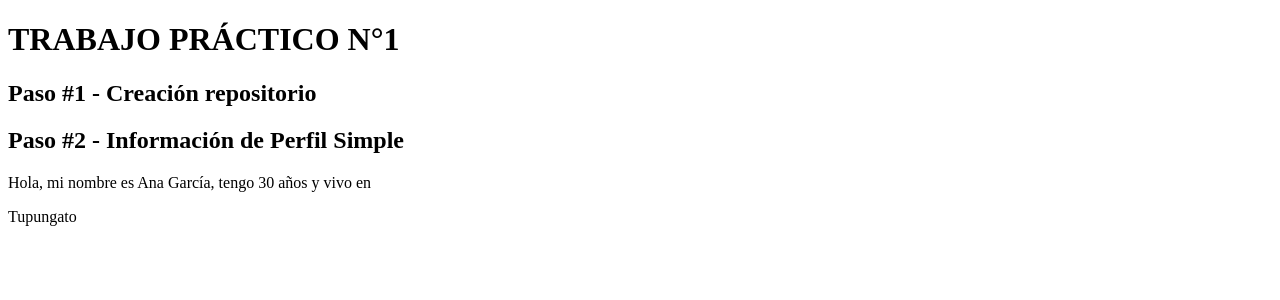
Repository: SofiaSferco/PWA
Page: practico01/index.html
These files come from the project's save history. The page is drawn as it stood at one moment and after the next save; the edit follows.
The browser window is 1280 px wide. The pictures show the whole page.

Above is the page before, as saved 2025-10-02 21:58:25.

### practico01/index.html
<!DOCTYPE html>
<html lang="en">
<head>
    <meta charset="UTF-8">
    <title>Trabajo Práctico 1</title>
    <script src="https://unpkg.com/vue@3/dist/vue.global.js"></script>
</head>
<body>
    <div id="app">
        <h1>TRABAJO PRÁCTICO N°1</h1>
        <h2>Paso #1 - Creación repositorio</h2>
        <h2>{{ segundopaso }}</h2>
        <p>Hola, mi nombre es {{ nombre }}, tengo {{ edad }} años y vivo en </p>
        <p>{{ ciudad }}</p>
    </div>
    <script>
        const { createApp } = Vue;
        createApp({
            data() {
                return {
                    segundopaso: 'Paso #2 - Información de Perfil Simple',
                    nombre: 'Ana García',
                    edad: 30,
                    ciudad: 'Tupungato'
                }
            }
        }).mount('#app');
    </script>
</body>
</html>

After the next save:
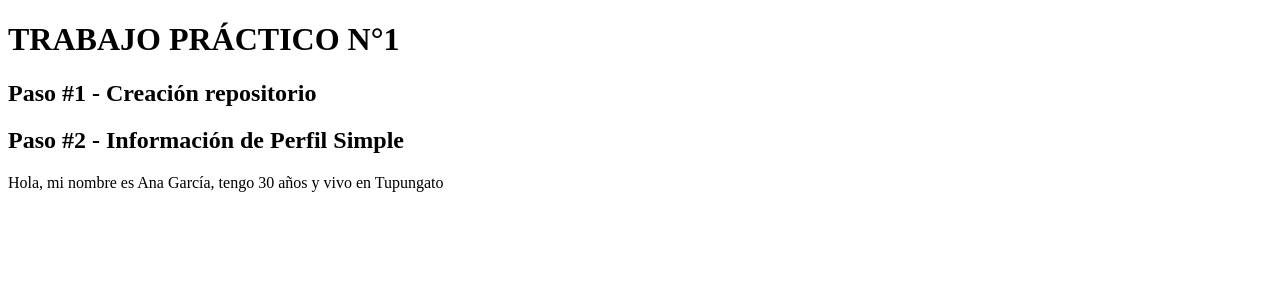
Saved 7 s later.
--- a/practico01/index.html
+++ b/practico01/index.html
@@ -10,8 +10,7 @@
         <h1>TRABAJO PRÁCTICO N°1</h1>
         <h2>Paso #1 - Creación repositorio</h2>
         <h2>{{ segundopaso }}</h2>
-        <p>Hola, mi nombre es {{ nombre }}, tengo {{ edad }} años y vivo en </p>
-        <p>{{ ciudad }}</p>
+        <p>Hola, mi nombre es {{ nombre }}, tengo {{ edad }} años y vivo en {{ ciudad }}</p>
     </div>
     <script>
         const { createApp } = Vue;
